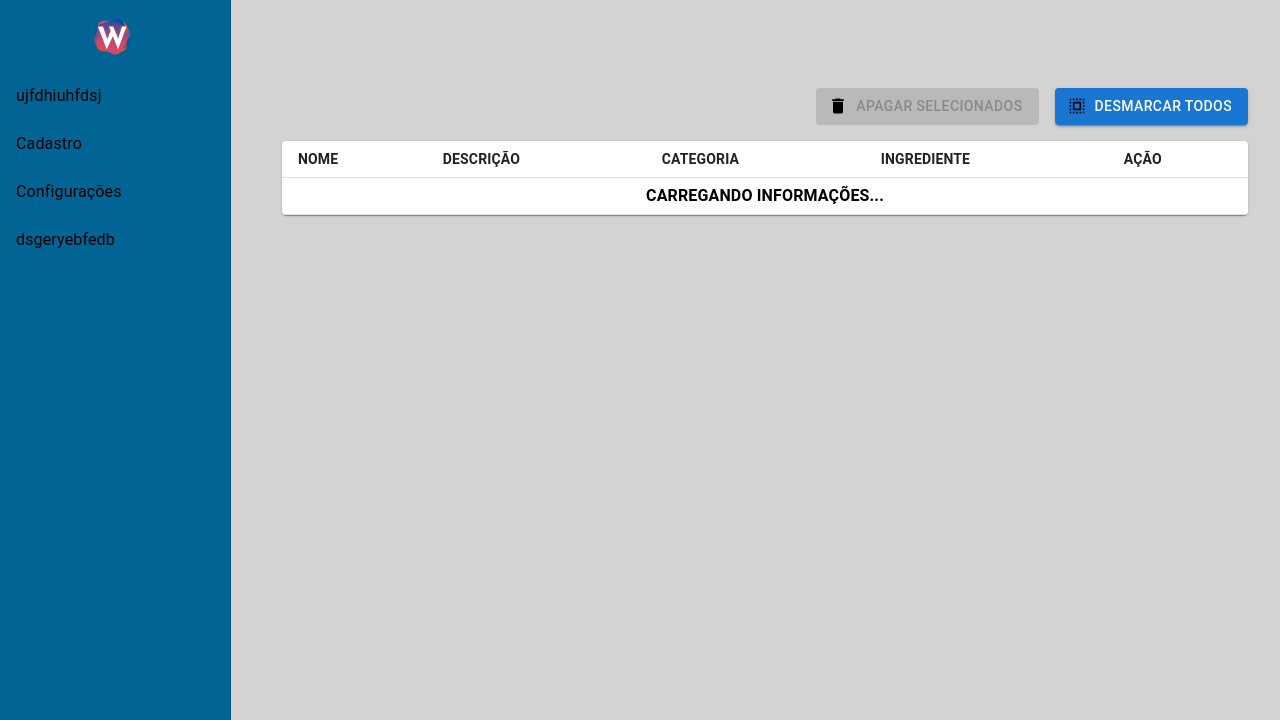
Repository: oZanella/projeto_windel_web_CRM
Page: /
An editor plug-in stored every save of this project. The page is shown before and after the next save, followed by the edit.
The browser window is 1280 px wide. The pictures show the whole page.
The page's requests for data from a server got no answer. The project was rebuilt for these pictures with package versions that can differ from the ones it lists, and the page was loaded fresh each time. No one was signed in, and anything a server would have sent is missing. Also part of the build but not shown: vite.config.js, src/routes/Configuracoes.jsx. Imported but missing from the stored project, and not drawn on this page: src/routes/Cadastro.jsx.

Above is the page before, as saved 2024-08-19 09:12:35.

After the next save:
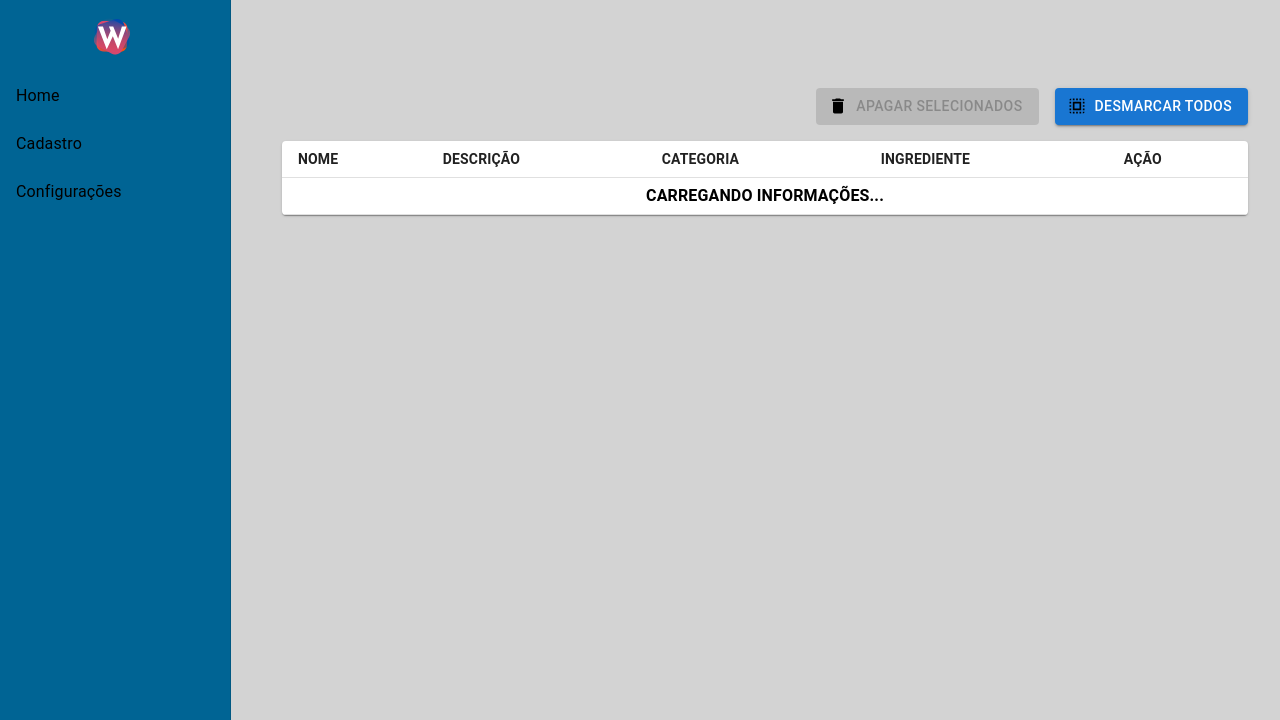
Saved 11 s later.
--- a/src/components/Header.jsx
+++ b/src/components/Header.jsx
@@ -12,10 +12,9 @@ export const Header = () => {
   };
 
   const menuItems = [
-    { text: 'ujfdhiuhfdsj', link: '/home' },
+    { text: 'Home', link: '/home' },
     { text: 'Cadastro', link: '/cadastro' },
     { text: 'Configurações', link: '/configuracoes' },
-    { text: 'dsgeryebfedb', link: '/configuracoes' },
   ];
 
   return (
